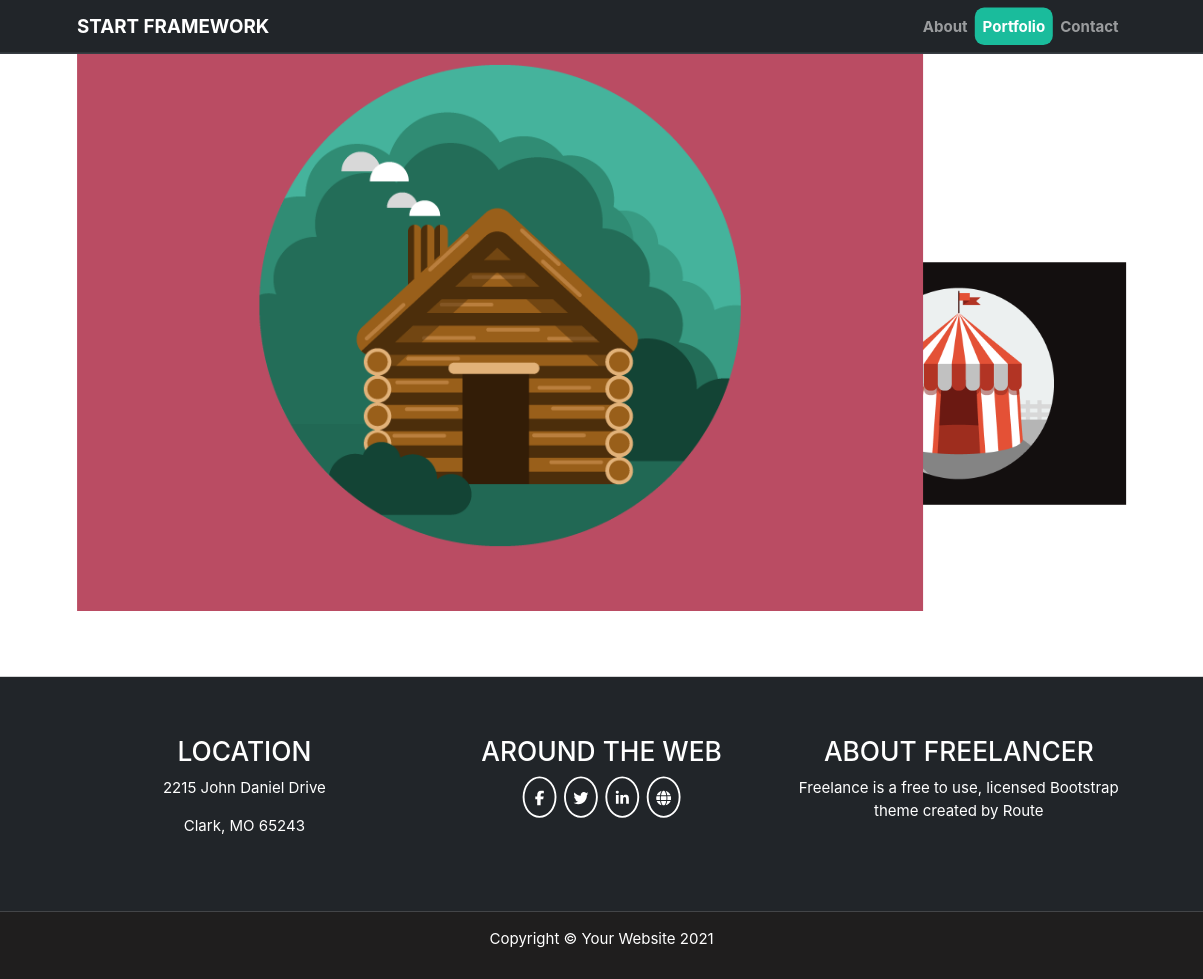
Repository: YomnaWegdan/startFramework
Page: /portfolio
The author's editor kept a copy of each file at every save. The page is drawn from the files as they stood at one save, then again after the next save.
The browser window is 1280 px wide. The pictures show the whole page, at 94% of full size.
The pointer rests on the first visible `div.img`.
The project was rebuilt for these pictures with package versions that can differ from the ones it lists, and the page was loaded fresh each time. Also part of the build but not shown: src/Components/Home.jsx, src/Components/About.jsx, src/Components/Contact.jsx, src/Components/Error.jsx.

Above is the page before, as saved 2024-02-05 15:16:08.

After the next save:
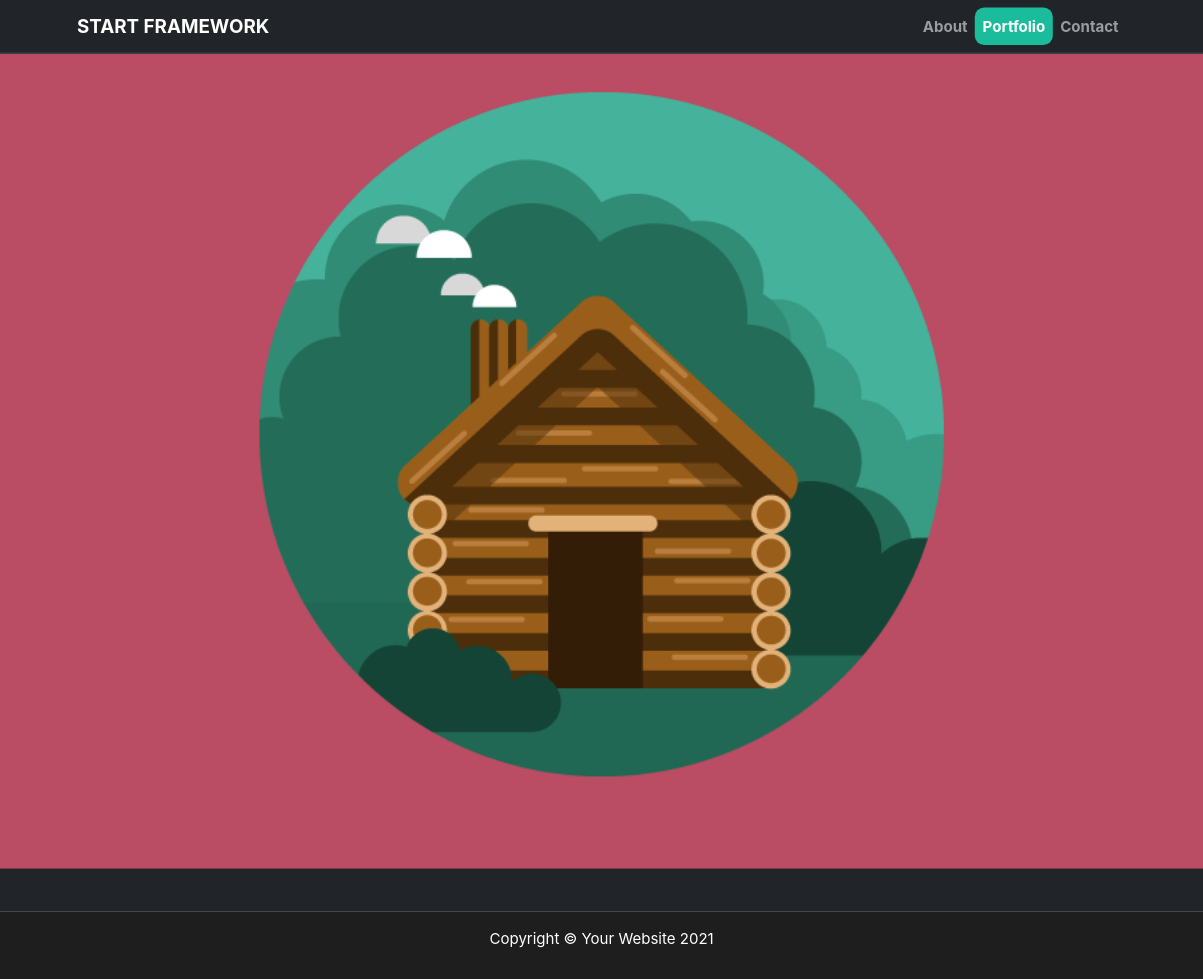
Saved 7 s later.
--- a/src/index.css
+++ b/src/index.css
@@ -45,5 +45,7 @@ div.img:hover .img-overlay{
   background-color: #19AB8E;
   position: absolute;
   top: 0;
+  left: 0;
+  width: 100%;
 
 }
